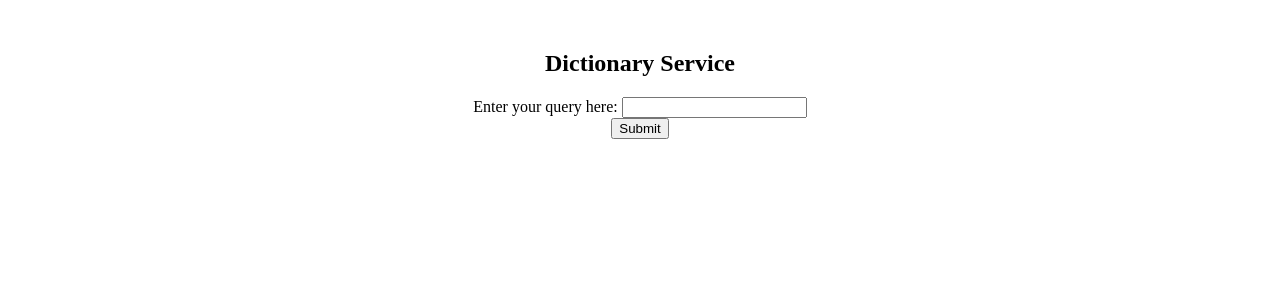
Repository: DonalMcGahon/An-Asynchronous-RMI-Dictionary-Service
Page: http://localhost/DictionaryWebApp/DictionaryForm.jsp
An editor plug-in stored every save of this project. The page is shown before and after the next save, followed by the edit.
The browser window is 1280 px wide. The pictures show the whole page.
The page is served by Tomcat 9.

Above is the page before, as saved 2017-12-21 13:50:07.

After the next save:
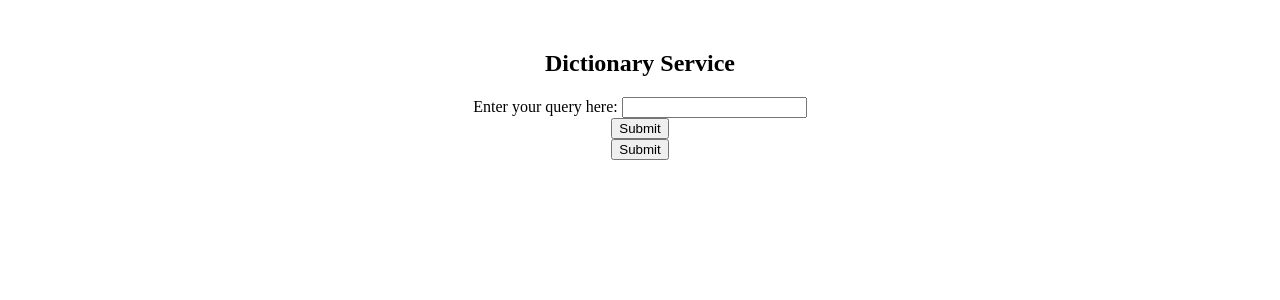
Saved 95 s later.
--- a/Project Workspace/DictionaryWebApp/WebContent/DictionaryForm.jsp
+++ b/Project Workspace/DictionaryWebApp/WebContent/DictionaryForm.jsp
@@ -15,6 +15,8 @@
         <input type="submit" value="Submit">
         </form>
 
+        <form action="where-you-want-to-go"><input type="submit"></form>
+
     </div>
 </body>
 </html>
